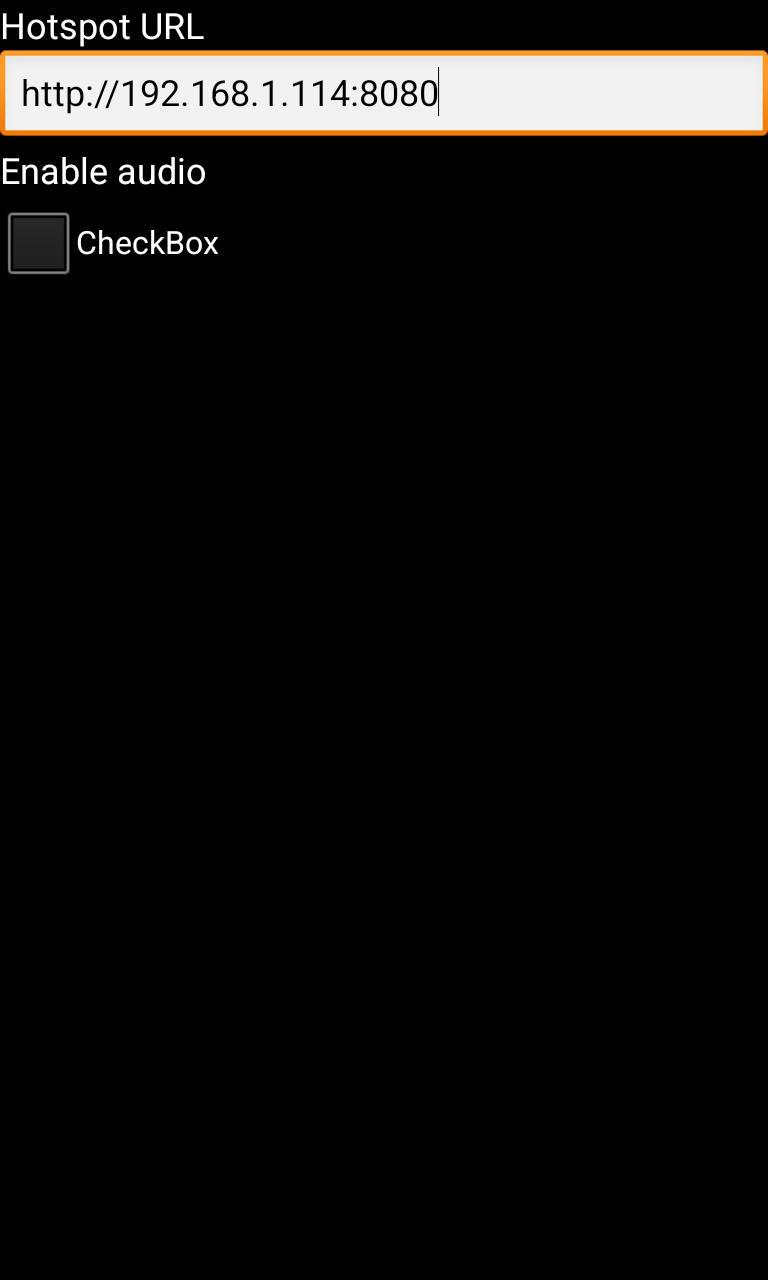
Repository: ebu/ebu-broadcast-hotspot
Layout: eclipse/broadcastinghotspot/res/layout/configuration.xml
An editor plug-in stored every save of this project. The layout is shown before and after the next save, followed by the edit.
It is drawn on a 768 x 1280 px phone screen (xhdpi) without system bars, with theme android:Theme; the app's code is not run.

Above is the layout before, as saved 2011-08-29 15:29:00.

### eclipse/broadcastinghotspot/res/layout/configuration.xml
<?xml version="1.0" encoding="utf-8"?>
<LinearLayout xmlns:android="http://schemas.android.com/apk/res/android"
	android:orientation="vertical" android:layout_width="match_parent"
	android:layout_height="match_parent" android:weightSum="1">

	<TextView android:textAppearance="?android:attr/textAppearanceMedium"
		android:id="@+id/textView1" android:text="Hotspot URL"
		android:layout_height="wrap_content" android:layout_width="wrap_content"></TextView>

	<EditText android:id="@+id/confUrl" android:layout_height="wrap_content"
		android:layout_width="match_parent" android:text="@string/url">
		<requestFocus></requestFocus>
	</EditText>

	<TextView android:textAppearance="?android:attr/textAppearanceMedium"
		android:id="@+id/textView2" android:text="Enable audio"
		android:layout_height="wrap_content" android:layout_width="wrap_content"></TextView>
	<CheckBox android:text="CheckBox" android:id="@+id/checkBoxAudio"
		android:layout_width="wrap_content" android:layout_height="wrap_content"></CheckBox>



</LinearLayout>

### eclipse/broadcastinghotspot/res/values/strings.xml
<?xml version="1.0" encoding="utf-8"?>
<resources>
    <string name="hello">Please choose RX technology</string>
    <string name="app_name">EBU BC Hotspot</string>
    <string name="choose_programme">Please choose the programme</string>
    <string name="app_title">EBU Broadcasting Hotspot</string>
    <string name="url">http://192.168.1.114:8080</string>
</resources>

After the next save:
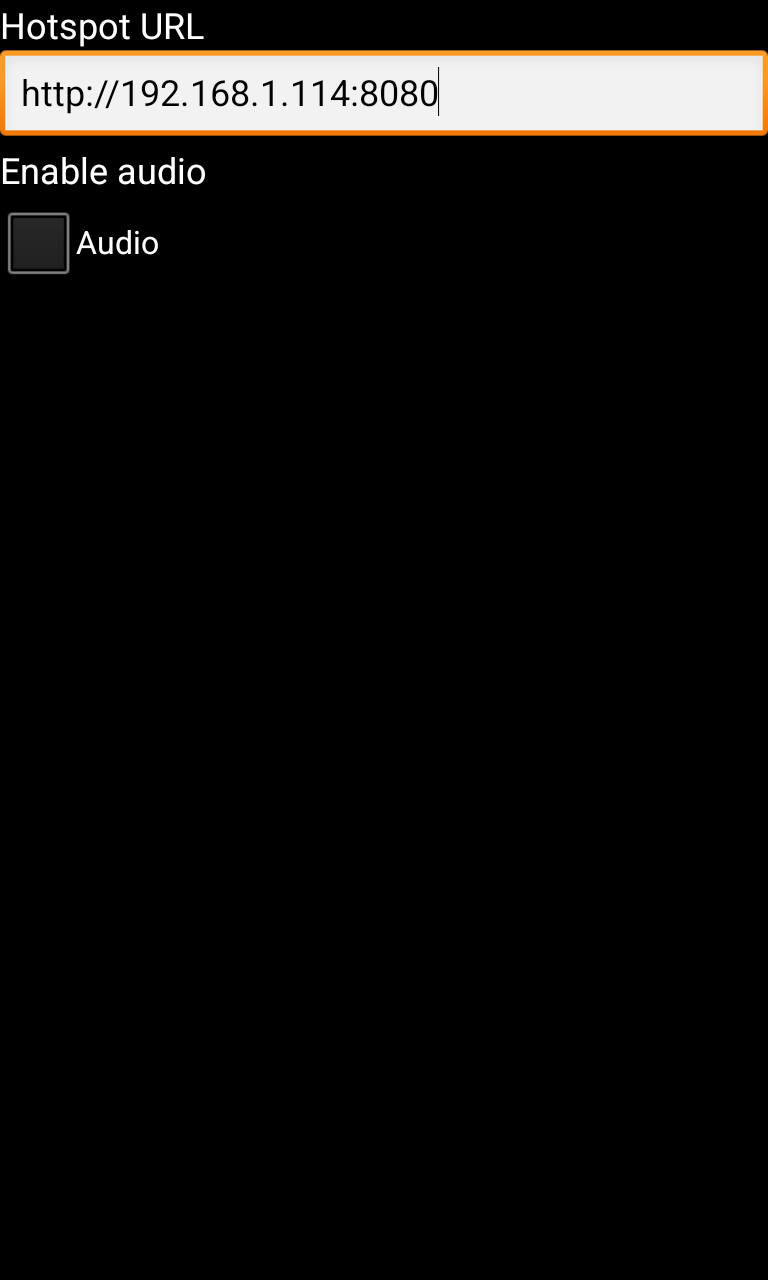
Saved 17 s later.
--- a/eclipse/broadcastinghotspot/res/layout/configuration.xml
+++ b/eclipse/broadcastinghotspot/res/layout/configuration.xml
@@ -15,7 +15,7 @@
 	<TextView android:textAppearance="?android:attr/textAppearanceMedium"
 		android:id="@+id/textView2" android:text="Enable audio"
 		android:layout_height="wrap_content" android:layout_width="wrap_content"></TextView>
-	<CheckBox android:text="CheckBox" android:id="@+id/checkBoxAudio"
+	<CheckBox android:text="CheckBox" android:id="@+id/checkBoxAudio" android:text="Audio"
 		android:layout_width="wrap_content" android:layout_height="wrap_content"></CheckBox>
 
 
